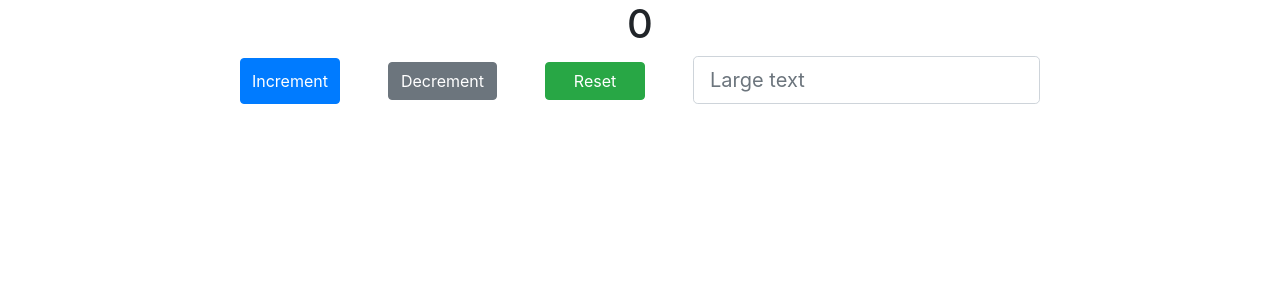
Repository: tts2610/redux-counter
Page: /
These files come from the project's save history. The page is drawn as it stood at one moment and after the next save; the edit follows.
The browser window is 1280 px wide. The pictures show the whole page.
The project was rebuilt for these pictures with package versions that can differ from the ones it lists, and the page was loaded fresh each time.

Above is the page before, as saved 2020-06-09 14:51:42.

### src/index.js
import React from "react";
import ReactDOM from "react-dom";
import "./index.css";
import App from "./App";
import * as serviceWorker from "./serviceWorker";
import { createStore } from "redux";
import { Provider } from "react-redux";

const initialState = {
  count: 0,
};

function countReducer(state = initialState, action) {
  switch (action.type) {
    case "INCREMENT":
      return {
        count: state.count + 1,
      };
    case "DECREMENT":
      return {
        count: state.count - 1,
      };
    case "RESET":
      return {
        count: 0,
      };
    default:
      return state;
  }
}

const store = createStore(
  countReducer,
  // Hooks up Redux Devtools
  window.__REDUX_DEVTOOLS_EXTENSION__ && window.__REDUX_DEVTOOLS_EXTENSION__()
);

ReactDOM.render(
  <Provider store={store}>
    <App />
  </Provider>,
  document.getElementById("root")
);

// If you want your app to work offline and load faster, you can change
// unregister() to register() below. Note this comes with some pitfalls.
// Learn more about service workers: https://bit.ly/CRA-PWA
serviceWorker.unregister();

### src/App.js
import React, { useState } from "react";
import logo from "./logo.svg";
import "./App.css";
import { useSelector, useDispatch } from "react-redux";
import "bootstrap/dist/css/bootstrap.min.css";
import { Form, Button } from "react-bootstrap";

function App() {
  const count = useSelector((state) => state.count);
  const dispatch = useDispatch();
  return (
    <div className="App">
      <h1>{count}</h1>
      <div
        style={{
          display: "flex",
          justifyContent: "center",
          alignItems: "baseline",
        }}
      >
        <Button
          onClick={() => dispatch({ type: "INCREMENT" })}
          variant="primary"
          className="mr-5"
          style={{ minWidth: "100px", padding: "10px" }}
        >
          Increment
        </Button>{" "}
        <Button
          onClick={() => dispatch({ type: "DECREMENT" })}
          variant="secondary"
          className="mr-5"
          style={{ minWidth: "100px" }}
        >
          Decrement
        </Button>{" "}
        <Button
          onClick={() => dispatch({ type: "RESET" })}
          variant="success"
          className="mr-5"
          style={{ minWidth: "100px" }}
        >
          Reset
        </Button>{" "}
        <Form.Group>
          <Form.Control size="lg" type="text" placeholder="Large text" />
        </Form.Group>
      </div>
    </div>
  );
}

export default App;

Loaded but not shown: public/index.html (common file); src/index.css (common file); src/serviceWorker.js (common file); src/App.css (common file)

After the next save:
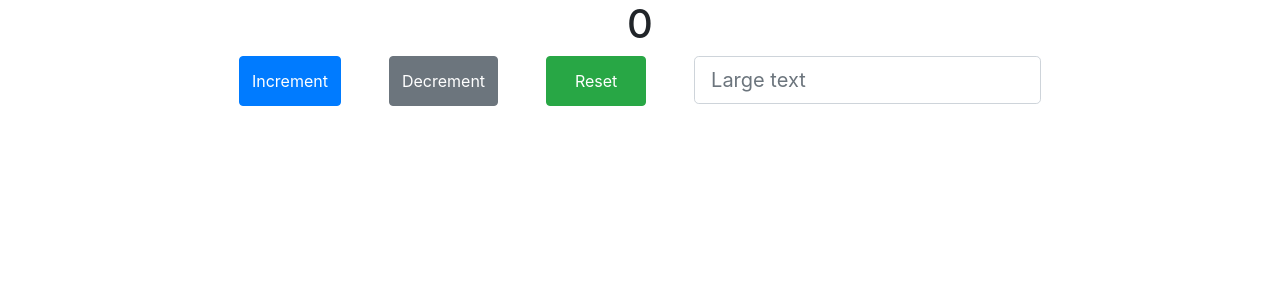
Saved 35 s later.
--- a/src/App.js
+++ b/src/App.js
@@ -22,7 +22,7 @@ function App() {
           onClick={() => dispatch({ type: "INCREMENT" })}
           variant="primary"
           className="mr-5"
-          style={{ minWidth: "100px", padding: "10px" }}
+          style={{ minWidth: "100px", padding: "12px" }}
         >
           Increment
         </Button>{" "}
@@ -30,7 +30,7 @@ function App() {
           onClick={() => dispatch({ type: "DECREMENT" })}
           variant="secondary"
           className="mr-5"
-          style={{ minWidth: "100px" }}
+          style={{ minWidth: "100px", padding: "12px" }}
         >
           Decrement
         </Button>{" "}
@@ -38,7 +38,7 @@ function App() {
           onClick={() => dispatch({ type: "RESET" })}
           variant="success"
           className="mr-5"
-          style={{ minWidth: "100px" }}
+          style={{ minWidth: "100px", padding: "12px" }}
         >
           Reset
         </Button>{" "}
